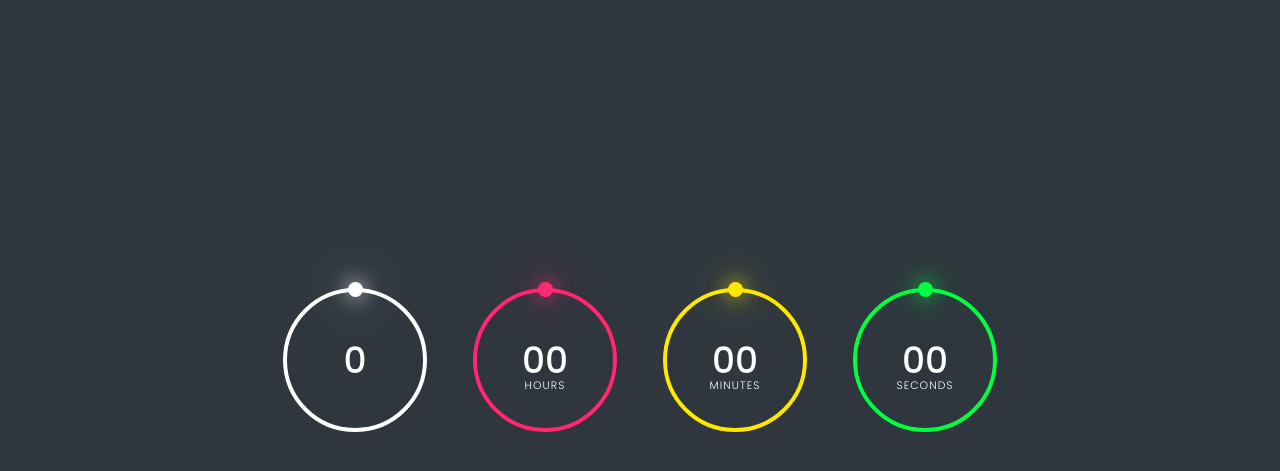
Repository: northpx/happyNY
Page: index.html
An editor plug-in stored every save of this project. The page is shown before and after a run of saves, followed by the edit.
The browser window is 1280 px wide. The pictures show the whole page.

Above is the page before, as saved 2022-12-31 11:33:24.

After the next 3 saves:
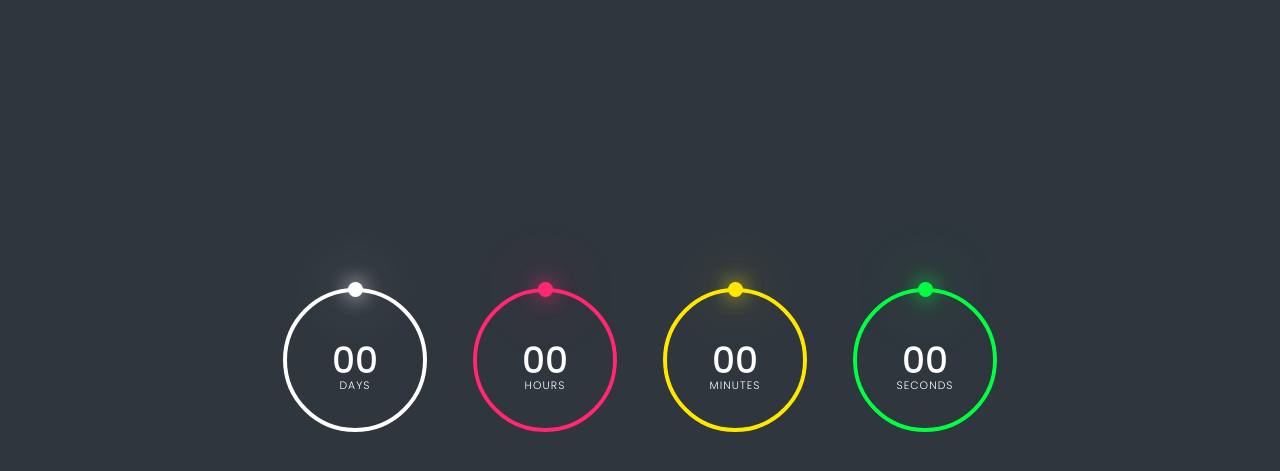
Console error: SyntaxError: Unexpected token '}'
The 3 saves are shown as one change because they came seconds apart.
The last was saved 14 s later.
--- a/index.html
+++ b/index.html
@@ -73,7 +73,7 @@
             let s = Math.floor((distance % (1000 * 60)) / (1000))
 
             days.innerHTML = d + "<br><span>Days</span>"
-            days.innerHTML = d
+            hours.innerHTML = h +
         })
     </script>
 </body>

After the save that followed:
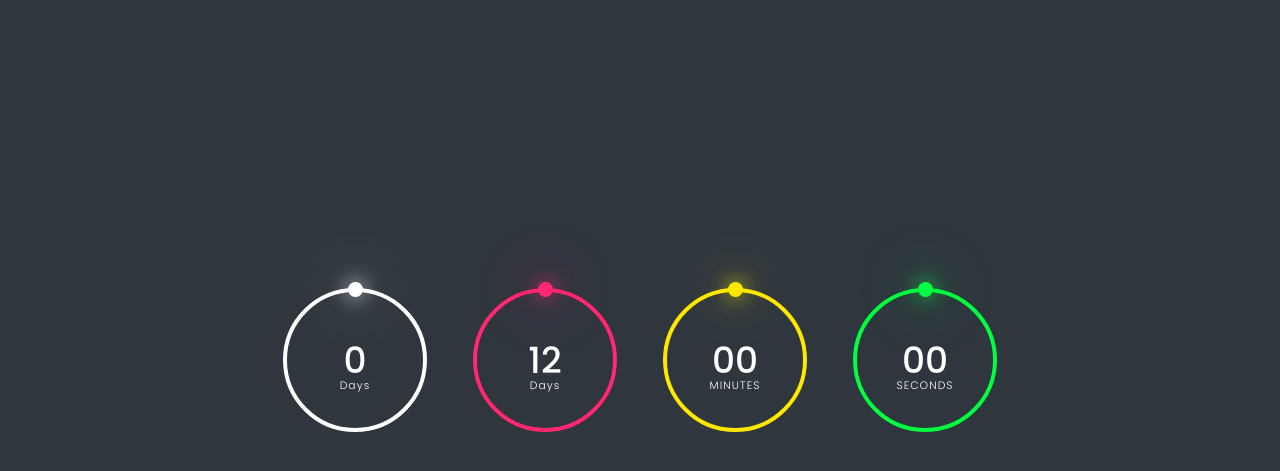
The error is gone.
Saved 5 s later.
--- a/index.html
+++ b/index.html
@@ -73,7 +73,7 @@
             let s = Math.floor((distance % (1000 * 60)) / (1000))
 
             days.innerHTML = d + "<br><span>Days</span>"
-            hours.innerHTML = h +
+            hours.innerHTML = h + "<br><span>Days</span>"
         })
     </script>
 </body>
